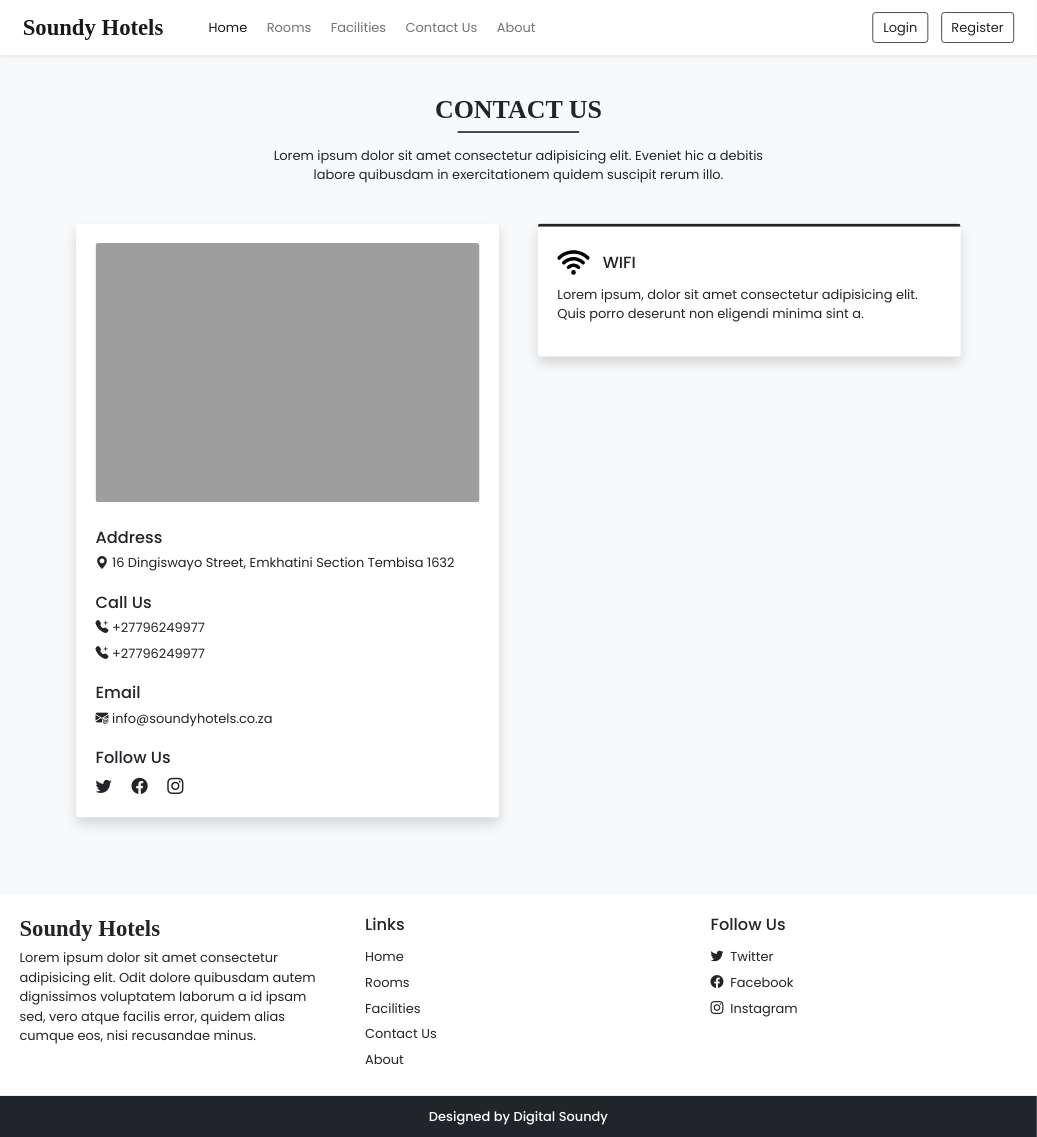
Repository: spencersoundy/Hotel-Booking-App
Page: http://localhost/contact.php
An editor plug-in stored every save of this project. The page is shown before and after the next save, followed by the edit.
The browser window is 1280 px wide. The pictures show the whole page, at 81% of full size.
Pictures or frames that could not be fetched are drawn as grey boxes. Some web fonts or font styles are not loaded; a fallback is used. The page is run by PHP 8.4 with error messages shown; the project is at /var/www/html/.

Above is the page before, as saved 2023-08-04 23:53:37.

### contact.php
<!DOCTYPE html>
<html lang="en">
<head>
    <meta charset="UTF-8">
    <meta http-equiv="X-UA-Compatible" content="IE=edge">
    <meta name="viewport" content="width=device-width, initial-scale=1.0">
    <title>Soundy Hotels - CONTACT</title>
    <?php require('inc/links.php') ?>
</head>
<body class="bg-light">

<?php require('inc/header.php') ?>

<div class="my-5 px-4">
    <h2 class="fw-bold h-font text-center">CONTACT US</h2>
    <div class="h-line bg-dark"></div>
    <p class="text-center mt-3">
        Lorem ipsum dolor sit amet consectetur adipisicing elit.
        Eveniet hic a debitis <br> labore quibusdam in exercitationem
        quidem suscipit rerum illo.
    </p>
</div>

<div class="container">
    <div class="row">
        <div class="col-lg-6 col-md-6 mb-5 px-4">
            <div class="bg-white rounded shadow p-4">
                <iframe class="w-100 rounded mb-4" height="320px" src="https://www.google.com/maps/embed?pb=!1m18!1m12!1m3!1d3585.708810342345!2d28.2120409827257!3d-26.010354497291896!2m3!1f0!2f0!3f0!3m2!1i1024!2i768!4f13.1!3m3!1m2!1s0x1e956bf2ad5976c9%3A0x6f9e0753eef116a!2s16%20Dingiswayo%20St%2C%20Emkantini%2C%20Tembisa%2C%201632!5e0!3m2!1sen!2sza!4v1691170736196!5m2!1sen!2sza" loading="lazy"></iframe>

                    <h5>Address</h5>
                <a href="https://goo.gl/maps/Av7G3xEeVXWeW6kQ6" target="_blank" class="d-line-block text-decoration-none text-dark mb-2">
                <i class="bi bi-geo-alt-fill"></i> 16 Dingiswayo Street, Emkhatini Section Tembisa 1632
                </a>

                <h5 class="mt-4">Call Us</h5>
                <a href="Tell: +27796249977" class="d-inline-block mb-2 text-decoration-none text-dark">
                    <i class="bi bi-telephone-plus-fill"></i> +27796249977
                </a>
                <br>
                <a href="Tell: +27796249977" class="d-inline-block text-decoration-none text-dark">
                    <i class="bi bi-telephone-plus-fill"></i> +27796249977
                </a>

                <h5 class="mt-4">Email</h5>
                <a href="mailto: info@soundyhotels.co.za" class="d-inline-block text-decoration-none text-dark">
                    <i class="bi bi-envelope-at-fill"></i> info@soundyhotels.co.za
                </a>

                <h5 class="mt-4">Follow Us</h5>
                <a href="#" class="d-inline-block text-dark fs-5 me-3">
                        <i class="bi bi-twitter me-1"></i>
                </a>
                <a href="#" class="d-inline-block text-dark fs-5 me-3">
                        <i class="bi bi-facebook me-1"></i>
                </a>
                <a href="#" class="d-inline-block">
                        <i class="bi bi-instagram me-1 text-dark fs-5"></i>
                </a>
            </div>
        </div>
        <div class="col-lg-6 col-md-6 px-4">
            <div class="bg-white rounded shadow p-4 border-top border-4 border-dark pop">
                <div class="d-flex align-items-center mb-2">
                <img src="images/facilities/IMG_43553.svg" width="40px">
                <h5 class="m-0 ms-3">WIFI</h5>
                </div>
                <p>Lorem ipsum, dolor sit amet consectetur adipisicing elit.
                    Quis porro deserunt non eligendi minima sint a.
                </p>
            </div>
        </div>
    </div>
</div>

<?php require('inc/footer.php')?>

</body>
</html>

### inc/links.php
<link href="https://cdn.jsdelivr.net/npm/bootstrap@5.0.2/dist/css/bootstrap.min.css" rel="stylesheet" integrity="sha384-EVSTQN3/azprG1Anm3QDgpJLIm9Nao0Yz1ztcQTwFspd3yD65VohhpuuCOmLASjC" crossorigin="anonymous">
<link href="https://fonts.googleapis.com/css2?family=Merienda:wght@400;700&family=Poppins:wght@400;500;600&display=swap" rel="stylesheet">
<link rel="stylesheet" href="https://cdn.jsdelivr.net/npm/bootstrap-icons@1.10.5/font/bootstrap-icons.css">
<link rel="stylesheet" href="css/common.css"/>

### inc/header.php
<nav class="navbar navbar-expand-lg navbar-light bg-white px-lg-3 py-lg-2 shadow-sm sticky-top">
    <div class="container-fluid">
        <a class="navbar-brand me-5 fw-bold fs-3 h-font" href="index.php">Soundy Hotels</a>
        <button class="navbar-toggler shadow-none" type="button" data-bs-toggle="collapse" data-bs-target="#navbarSupportedContent" aria-controls="navbarSupportedContent" aria-expanded="false" aria-label="Toggle navigation">
        <span class="navbar-toggler-icon"></span>
        </button>
        <div class="collapse navbar-collapse" id="navbarSupportedContent">
        <ul class="navbar-nav me-auto mb-2 mb-lg-0">
            <li class="nav-item">
            <a class="nav-link active me-2" aria-current="page" href="index.php">Home</a>
            </li>
            <li class="nav-item">
            <a class="nav-link me-2" href="#">Rooms</a>
            </li>
            <li class="nav-item">
            <a class="nav-link me-2" href="facilities.php">Facilities</a>
            </li><li class="nav-item">
            <a class="nav-link me-2" href="contact.php">Contact Us</a>
            </li><li class="nav-item">
            <a class="nav-link" href="about.php">About</a>
            </li>
        </ul>
        <div class="d-flex">
            <button type="button" class="btn btn-outline-dark shadow-none me-lg-3 me-2" data-bs-toggle="modal" data-bs-target="#loginModal">
                Login
            </button>
            <button type="button" class="btn btn-outline-dark shadow-none" data-bs-toggle="modal" data-bs-target="#registerModal">
                Register
            </button>
        </div>
        </div>
    </div>
    </nav>

    <div class="modal fade" id="loginModal" data-bs-backdrop="static" data-bs-keyboard="false" tabindex="-1" aria-labelledby="staticBackdropLabel" aria-hidden="true">
        <div class="modal-dialog">
            <div class="modal-content">
                <form>
                    <div class="modal-header">
                        <h5 class="modal-title d-flex align-items-center">
                            <i class="bi bi-person-circle fs-3 me-2"></i> User Login
                        </h5>
                        <button type="reset" class="btn-close shadow-none" data-bs-dismiss="modal" aria-label="Close"></button>
                    </div>
                    <div class="modal-body">
                    <div class="mb-3">
                        <label class="form-label">Email address</label>
                        <input type="email" class="form-control shadow-none">
                    </div>
                    <div class="mb-4">
                        <label class="form-label">Password</label>
                        <input type="password" class="form-control shadow-none">
                    </div>
                        <div class="d-flex align-items-center justify-content-between mb-2">
                            <button type="submit" class="btn btn-dark shadow-none">LOGIN</button>
                            <a href="javascript: void(0)" class="text-secondary text-decoration-none">Forgot Password?</a>
                        </div>
                    </div>
                </form>
            </div>
        </div>
    </div>

    <div class="modal fade" id="registerModal" data-bs-backdrop="static" data-bs-keyboard="false" tabindex="-1" aria-labelledby="staticBackdropLabel" aria-hidden="true">
        <div class="modal-dialog modal-lg">
            <div class="modal-content">
                <form>
            <div class="modal-header">
                <h5 class="modal-title d-fle align-items-center">
                    <i class="bi bi-person-lines-fill fs-3 me-2"></i> User Registration
                </h5>
                <button type="reset" class="btn-close shadow-none" data-bs-dismiss="modal" aria-label="Close"></button>
            </div>
            <div class="modal-body">
                <span class="badge rounded-pill bg-light text-dark mb-3 text-wrap lh-base">
                    Note: Your details must match with your ID (ID book/card, passport, drivers license, etc.)
                    that will be required during check-in.
                </span>
                <div class="container-fluid">
                    <div class="row">
                        <div class="col-md-6 ps-0 mb-3">
                            <label class="form-label">Name</label>
                            <input type="text" class="form-control shadow-none">
                        </div>
                        <div class="col-md-6 p-0 mb-3">
                            <label class="form-label">Email</label>
                            <input type="email" class="form-control shadow-none">
                        </div>
                        <div class="col-md-6 ps-0 mb-3">
                            <label class="form-label">Phone Number</label>
                            <input type="number" class="form-control shadow-none">
                        </div>
                        <div class="col-md-6 p-0 mb-3">
                            <label class="form-label">Picture</label>
                            <input type="file" class="form-control shadow-none">
                        </div>
                        <div class="col-md-12 p-0 mb-3">
                            <label class="form-label">Address</label>
                            <textarea class="form-control shadow-none" rows="1"></textarea>
                        </div>
                        <div class="col-md-6 ps-0 mb-3">
                            <label class="form-label">Pincode</label>
                            <input type="number" class="form-control shadow-none">
                        </div>
                        <div class="col-md-6 p-0 mb-3">
                            <label class="form-label">Date of birth</label>
                            <input type="date" class="form-control shadow-none">
                        </div>
                        <div class="col-md-6 ps-0 mb-3">
                            <label class="form-label">Password</label>
                            <input type="password" class="form-control shadow-none">
                        </div>
                        <div class="col-md-6 p-0 mb-3">
                            <label class="form-label">Confirm Password</label>
                            <input type="password" class="form-control shadow-none">
                        </div>
                    </div>
                </div>
                <div class="text-center my-1">
                    <button type="submit" class="btn btn-dark shadow-none">REGISTER</button>
                </div>
            </div>
            </form>
            </div>
  </div>
</div>

### inc/footer.php
<div class="container-fluid bg-white mt-5">

        <div class="row">
            <div class="col-lg-4 p-4">
                <h3 class="h-font fw-bold fs-3 mb-2">Soundy Hotels</h3>
                <p>
                    Lorem ipsum dolor sit amet consectetur adipisicing elit.
                    Odit dolore quibusdam autem dignissimos voluptatem laborum a id ipsam sed,
                    vero atque facilis error, quidem alias cumque eos, nisi recusandae minus.
                </p>
            </div>
            <div class="col-lg-4 p-4">
                <h5 class="mb-3">Links</h5>
                <a href="#" class="d-inline-block mb-2 text-dark text-decoration-none">Home</a><br>
                <a href="#" class="d-inline-block mb-2 text-dark text-decoration-none">Rooms</a><br>
                <a href="#" class="d-inline-block mb-2 text-dark text-decoration-none">Facilities</a><br>
                <a href="#" class="d-inline-block mb-2 text-dark text-decoration-none">Contact Us</a><br>
                <a href="#" class="d-inline-block mb-2 text-dark text-decoration-none">About</a>
            </div>
            <div class="col-lg-4 p-4">
                <h5 class="mb-3">Follow Us</h5>
                <a href="#" class="d-inline-block text-dark text-decoration-none mb-2">
                    <i class="bi bi-twitter me-1"></i> Twitter
                </a><br>
                <a href="#" class="d-inline-block text-dark text-decoration-none mb-2">
                    <i class="bi bi-facebook me-1"></i> Facebook
                </a><br>
                <a href="#" class="d-inline-block text-dark text-decoration-none">
                    <i class="bi bi-instagram me-1"></i> Instagram
                </a><br>
            </div>
        </div>
    </div>
</div>

    <h6 class="text-center bg-dark text-white p-3 m-0">Designed by Digital Soundy</h6>

    <script src="https://cdn.jsdelivr.net/npm/bootstrap@5.0.2/dist/js/bootstrap.bundle.min.js" integrity="sha384-MrcW6ZMFYlzcLA8Nl+NtUVF0sA7MsXsP1UyJoMp4YLEuNSfAP+JcXn/tWtIaxVXM" crossorigin="anonymous"></script>

### css/common.css
:root{
    --teal: #2ec1ac;
    --teal_hover: #279e8c;
}

*{
    font-family: 'Poppins', sans-serif;
}
.h-font{
    font-family: 'Merienda', cursive;
}

input::-webkit-outer-spin-button,
input::-webkit-inner-spin-button {
-webkit-appearance: none;
margin: 0;
}

input[type=number] {
-moz-appearance: textfield;
}

.custom-bg{
    background-color: var(--teal);
    border: 1px solid var(--teal);
}
.custom-bg:hover{
    background-color: var(--teal_hover);
    border-color: var(--teal_hover);
}

.h-line{
    width: 150px;
    margin: 0 auto;
    height: 1.7px;
}

### images/facilities/IMG_43553.svg
<?xml version="1.0" encoding="iso-8859-1"?>
<!-- Generator: Adobe Illustrator 19.0.0, SVG Export Plug-In . SVG Version: 6.00 Build 0)  -->
<svg version="1.1" id="Capa_1" xmlns="http://www.w3.org/2000/svg" xmlns:xlink="http://www.w3.org/1999/xlink" x="0px" y="0px"
	 viewBox="0 0 494.45 494.45" style="enable-background:new 0 0 494.45 494.45;" xml:space="preserve">
<g>
	<g>
		<g>
			<path d="M395.225,277.325c-6.8,0-13.5-2.6-18.7-7.8c-71.4-71.3-187.4-71.3-258.8,0c-10.3,10.3-27.1,10.3-37.4,0
				s-10.3-27.1,0-37.4c92-92,241.6-92,333.6,0c10.3,10.3,10.3,27.1,0,37.4C408.725,274.725,401.925,277.325,395.225,277.325z"/>
		</g>
		<g>
			<path d="M323.625,348.825c-6.8,0-13.5-2.6-18.7-7.8c-15.4-15.4-36-23.9-57.8-23.9s-42.4,8.5-57.8,23.9
				c-10.3,10.3-27.1,10.3-37.4,0c-10.3-10.3-10.3-27.1,0-37.4c25.4-25.4,59.2-39.4,95.2-39.4s69.8,14,95.2,39.5
				c10.3,10.3,10.3,27.1,0,37.4C337.225,346.225,330.425,348.825,323.625,348.825z"/>
		</g>
		<g>
			<circle cx="247.125" cy="398.925" r="35.3"/>
		</g>
		<g>
			<path d="M467.925,204.625c-6.8,0-13.5-2.6-18.7-7.8c-111.5-111.4-292.7-111.4-404.1,0c-10.3,10.3-27.1,10.3-37.4,0
				s-10.3-27.1,0-37.4c64-64,149-99.2,239.5-99.2s175.5,35.2,239.5,99.2c10.3,10.3,10.3,27.1,0,37.4
				C481.425,202.025,474.625,204.625,467.925,204.625z"/>
		</g>
	</g>
</g>
<g>
</g>
<g>
</g>
<g>
</g>
<g>
</g>
<g>
</g>
<g>
</g>
<g>
</g>
<g>
</g>
<g>
</g>
<g>
</g>
<g>
</g>
<g>
</g>
<g>
</g>
<g>
</g>
<g>
</g>
</svg>

After the next save:
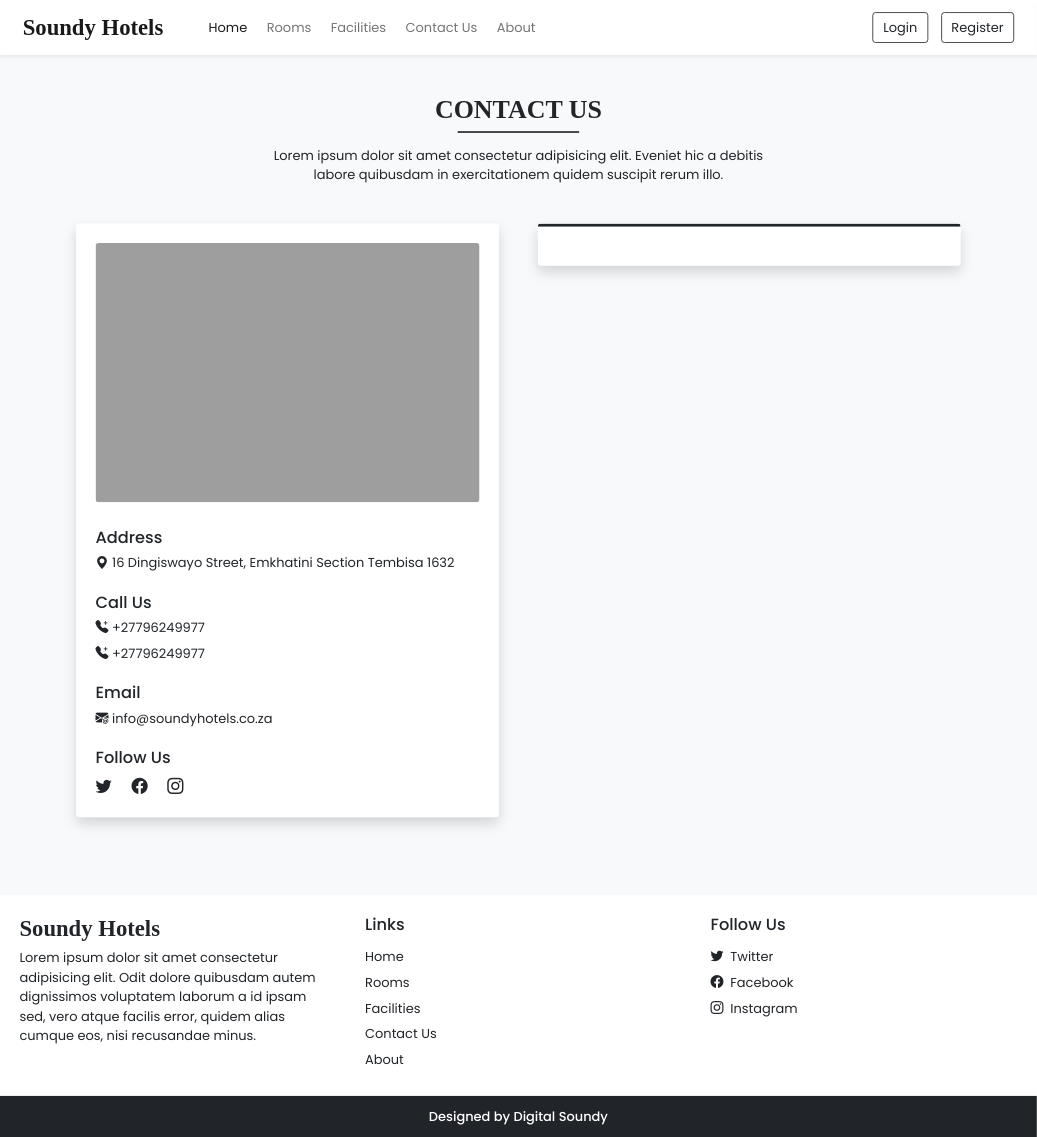
Saved 92 s later.
--- a/contact.php
+++ b/contact.php
@@ -60,13 +60,7 @@
         </div>
         <div class="col-lg-6 col-md-6 px-4">
             <div class="bg-white rounded shadow p-4 border-top border-4 border-dark pop">
-                <div class="d-flex align-items-center mb-2">
-                <img src="images/facilities/IMG_43553.svg" width="40px">
-                <h5 class="m-0 ms-3">WIFI</h5>
-                </div>
-                <p>Lorem ipsum, dolor sit amet consectetur adipisicing elit.
-                    Quis porro deserunt non eligendi minima sint a.
-                </p>
+
             </div>
         </div>
     </div>
